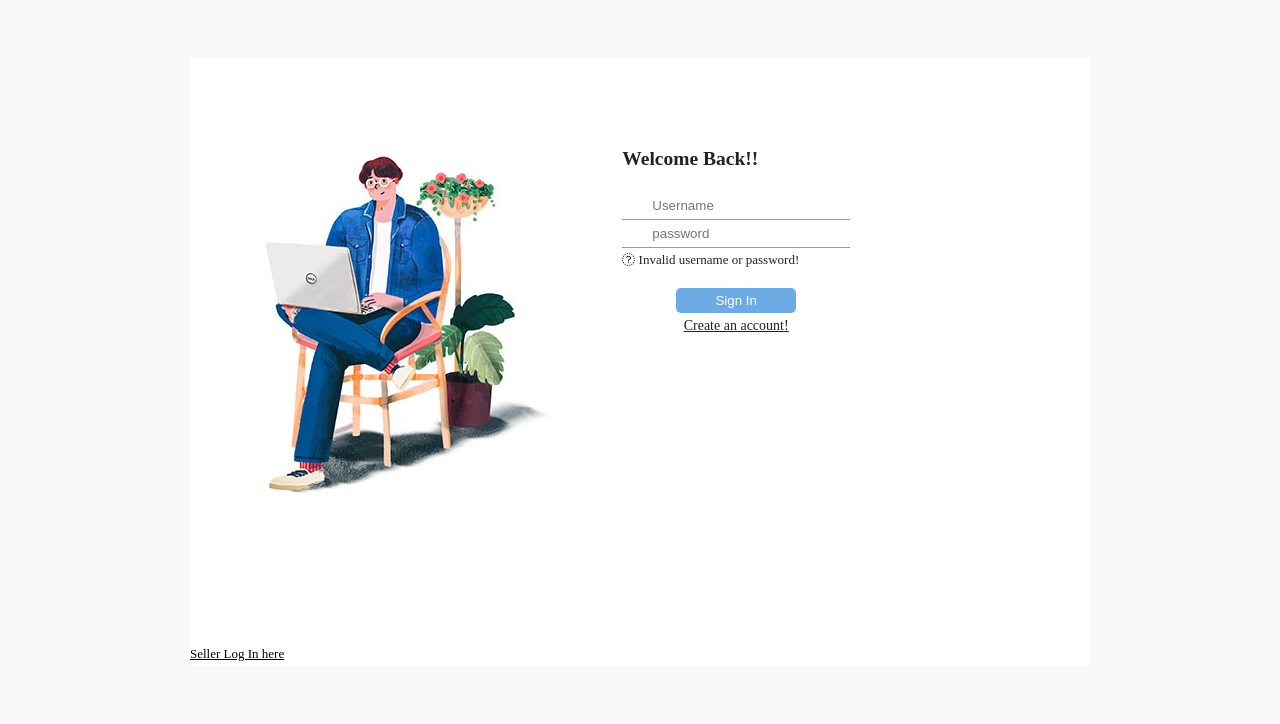
Repository: PhuongHuynh9987/Shopaholic-Ecommerce
Page: http://localhost/Shopaholic/
An editor plug-in stored every save of this project. The page is shown before and after the next save, followed by the edit.
The browser window is 1280 px wide. The pictures show the whole page.
The page is served by Tomcat 9. Other server files are loaded and not shown.

Above is the page before, as saved 2024-01-29 23:02:13.

### Shopaholic/src/main/webapp/login.jsp


<%@ page language="java" contentType="text/html; charset=ISO-8859-1"
	pageEncoding="ISO-8859-1"%>
<!DOCTYPE html>
<html lang = "en">
<head>
<meta charset="ISO-8859-1">
<meta name = "viewport"
	content = "width = device-width, initial-scale=1, shrink-to-fit=no" />
<meta name="author" content = "" />

<title>Welcome Page</title>
<!-- Favicon -->
<link rel = "icon" type = "image/x-icon" href = "asset/favicon.ico"/>
<!-- Font Awesome icons (free version) -->
<script src="https://use.fontawesome.com/releases/v5.15.4/js/all.js" crossorigin = "anonymous"></script>
<!--Google fonts  -->
<link href = "https://fonts.googleapis.com/css?family=Montserrat:400,700" rel="stylesheet" type = text/css />
<!-- Core theme CSS (bootstrap) -->
<link href = "style.css" rel="stylesheet"/>
</head>

<body>
<input type="hidden" id = "status" value = <%=request.getAttribute("status")%>>


	<div class="main">
		<!-- Sign in form -->
		<section class = "sign-in">
			<div class = "container">
				<div class = "signin-content">
					<div class = "signin-image">
						<figure>
							<img src = "images/signin-image.jpg" alt="sign in image">
						</figure>
					</div>

					<div class="signin-form">
						<h2 class = 'form-title'>Welcome Back!!</h2>

						<form method = "POST" action = "LoginServlet" class = "register-form" id = "login-form">

							<!-- Username -->
							<div class = "form-group">
								<label for="UserName">
									<i class=""></i></label>
									<input type="text" name="UserName" id="UserName"
									placeholder = "Username" onkeypress="removeElert()"/>
							</div>

							<% String UserName = (String) request.getAttribute("UserName");
							   request.getSession().setAttribute("UserName", UserName);
							%>

							<!-- Password -->
							<div class ="form-group">
								<label for="password">
									<i class=""></i></label>
									<input type="password" name="password" id="password"
									placeholder = "password"/>
							</div>

							<!-- User type -->
						 	<input type = "hidden" name="UserType" value = "User">

							<span class= "toast-msg" id='invalid-toast'>
								<i class="fa fa-circle-exclamation"></i>
								Invalid username or password!
							</span>

							<!-- Submit button -->
						<div class="form-group form-button">
							<input type="submit" name = 'signin' id="signin" class ="form-submit" value ="Sign In" />
						</div>
						</form>

						<a href = "createaccount.jsp" class = "signin-image-link">Create an account!</a>

					</div>
				</div>
				<div>
					<a href = "merchantlogin.jsp">Seller Log In here</a>
				</div>
			</div>

		</section>
	</div>

<!-- 	<script src = "vendor/jquery/jquery.min.js"></script>
	<script src = "js/main.js"></script>
	<script src="https://unpkg.com/sweetalert/dist/sweetalert.min.js"></script> -->
<!-- 	<link rel="stylesheet" href = "alert.css">
 -->
 	<script type="text/javascript">
 		var msg = document.querySelector(".toast-msg");
 		var status = document.getElementById("status").value;

 		function removeElert(){
 			msg.classList.remove("active");
 		}

		if (status == "failed"){
			msg.classList.add("active");
		}
		else {
		    console.log("success");
		}


 	/*
		UserName.addEventListener("onkeypress", (event) => {
	 		if (event.key === " ") {
	 			msg.classList.remove("active");
	 			console.log(UserName);
	 		  }
	 		});
 		  */
 	</script>


 	<!-- <script type="text/javascript">
 		var status = document.getElementById("status").value;
 		if (status == "failed"){
 			swal("Wrong Username or Password", "failed");
 		}
 	</script> -->










</body>
</html>

### Shopaholic/src/main/webapp/style.css
@charset "UTF-8";

/* input, select, textarea {
  outline: none;
  appearance: unset !important;
  -moz-appearance: unset !important;
  -webkit-appearance: unset !important;
  -o-appearance: unset !important;
  -ms-appearance: unset !important; } */


 /* Global */
html {
	box-sizing: border-box;
	margin: 0;
	padding:0;
	width:100%;
}

a{
  color : black;
}


button {
   padding: 0.4rem;
   border: 2px solid grey;
   background: #fff;
   color: grey;
   border-radius: 10px;
  }

figure {
  margin-bottom: 50px;
  text-align: center; }

img {
  max-width: 100%;
  height: auto; }


.main {
  padding: 50px 0;
}

body {
  font-size: 13px;
  line-height: 1.8;
  color: #222;
  background: #f8f8f8;
  font-weight: 400;
  font-family: Poppins;
  }

 input, select, textarea {
  	outline: none;
  }




  /* Nav Bar */
 .navbar {
  display: flex;
  background: #fff;
  gap: 1rem;
  justify-content: center;
  align-items: center;
  width:100%;
 }

 .logo img {
 	width: 2.4rem;
 	margin:0;
 	padding:0;
 }

 .logo {
  overflow: fit-content;
 }

 .searchbar {
  width: 70%;
 }



  /* Body for sign up and log in*/
 .container {
 	width: 900px;
 	background: #fff;
 	margin: 0 auto;
 }

 .signin-content, .signup-content {
  display: flex;
  display: -webkit-flex;
  padding-top: 67px;
  padding-bottom: 87px;
 }

.signin-image, .signup-image {
	width: 50%;
	overflow:hidden;
  	margin-top: 10px;
}

.signin-form {
  margin-right: 15rem;
  }

.signup-form {
   margin-left: 10rem;
 }

 #signin {
  margin-top: 16px;
 }

 .signin-image-link,
 .signup-image-link {
  font-size: 14px;
  color: #222;
  display: block;
  text-align: center;
 }

/* label {
  position: absolute;
  left: 0;
  top: 50%;
  color: #222;
 }  */


 input {
  width: 100%;
  display: block;
  border: none;
  border-bottom: 1px solid #999;
  padding: 6px 30px;
  box-sizing: border-box;
}

.form-button {
  text-align: center; }


.form-submit {
  display: inline-block;
  background: #6dabe4;
  color: #fff;
  border-bottom: none;
  width: auto;
  padding: 5px 39px;
  border-radius: 5px;
  -moz-border-radius: 5px;
  -webkit-border-radius: 5px;
  -o-border-radius: 5px;
  -ms-border-radius: 5px;
  margin-top: 25px;
  cursor: pointer; }

.form-submit:hover {
   background: #4292dc; }



  /* User home page */

  .product-area {
   display: grid;
  	grid-template-columns: 1.5fr 1.5fr 1.5fr;
  	margin:4rem;
  	gap: 2rem;
  }

  .product {
  	box-shadow: 0 0.1px  1px  0.03px grey;
  	padding: 10px;
  	text-align: center;
  }

  .product img {
  	 width: 1.5fr;
  	/* width: 12rem; */
  	height: 10rem;
  	overflow: hidden;
  }

  .product-bottom {
  	display:flex;
  	justify-content: center;
  	align-items: center;
  	justify-content:space-between;

  }

  /* Merchants */
.body {
  display: flex;
  flex-direction: column;
  justify-content: center;
  align-items:center;
  width: auto;
  }

After the next save:
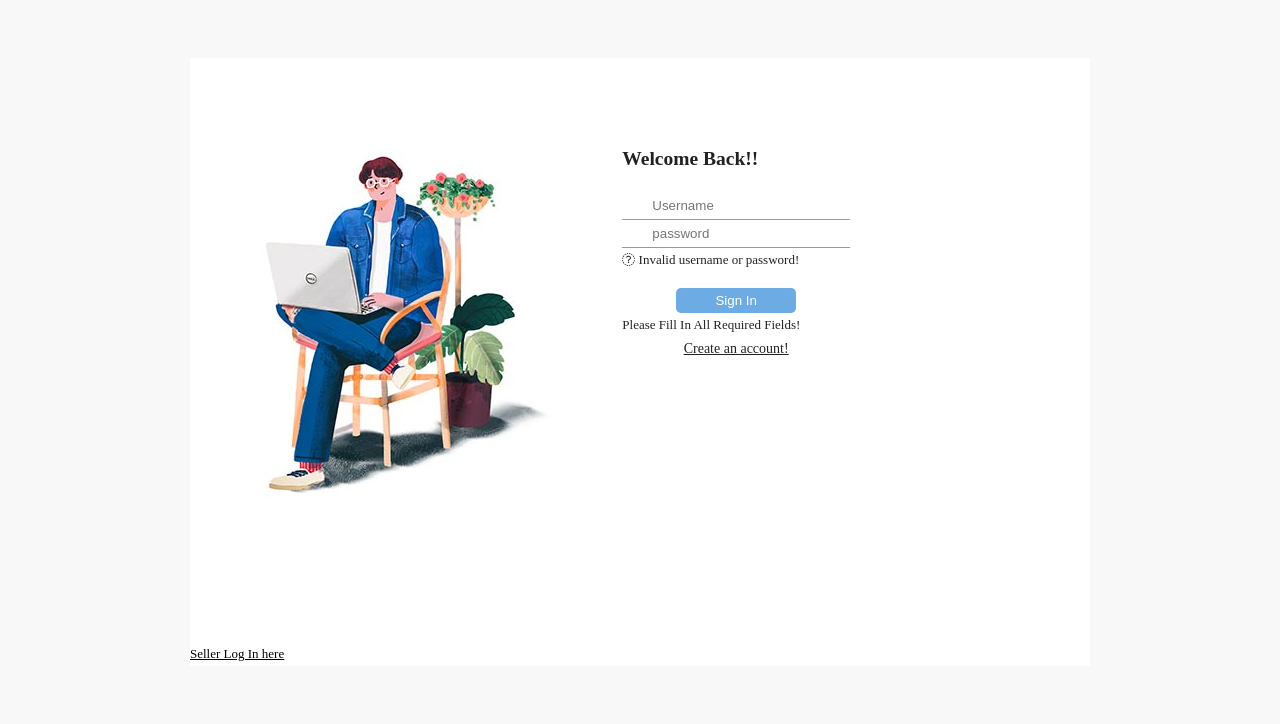
Saved 7 s later.
--- a/Shopaholic/src/main/webapp/login.jsp
+++ b/Shopaholic/src/main/webapp/login.jsp
@@ -74,7 +74,7 @@
 							<input type="submit" name = 'signin' id="signin" class ="form-submit" value ="Sign In" />
 						</div>
 						</form>
-
+						<span class="emptyField">Please Fill In All Required Fields!</span>
 						<a href = "createaccount.jsp" class = "signin-image-link">Create an account!</a>
 
 					</div>

After the save that followed:
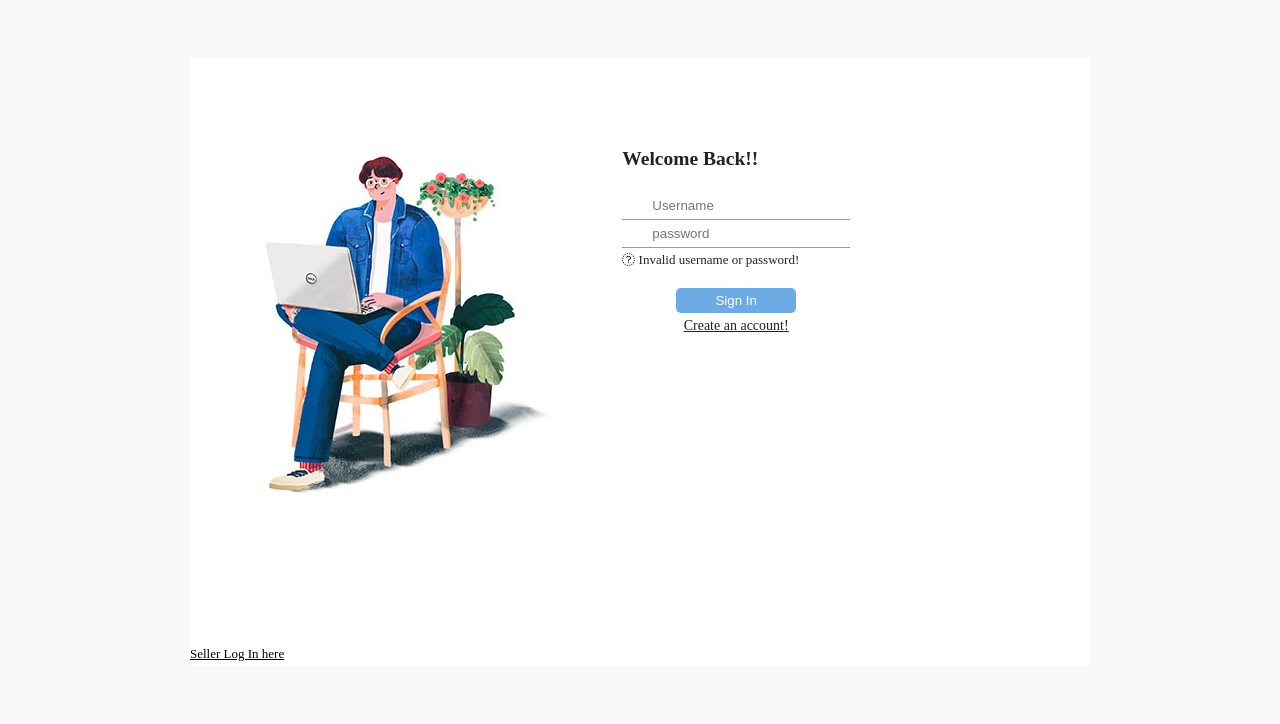
Saved 16 s later.
--- a/Shopaholic/src/main/webapp/login.jsp
+++ b/Shopaholic/src/main/webapp/login.jsp
@@ -74,7 +74,7 @@
 							<input type="submit" name = 'signin' id="signin" class ="form-submit" value ="Sign In" />
 						</div>
 						</form>
-						<span class="emptyField">Please Fill In All Required Fields!</span>
+
 						<a href = "createaccount.jsp" class = "signin-image-link">Create an account!</a>
 
 					</div>
